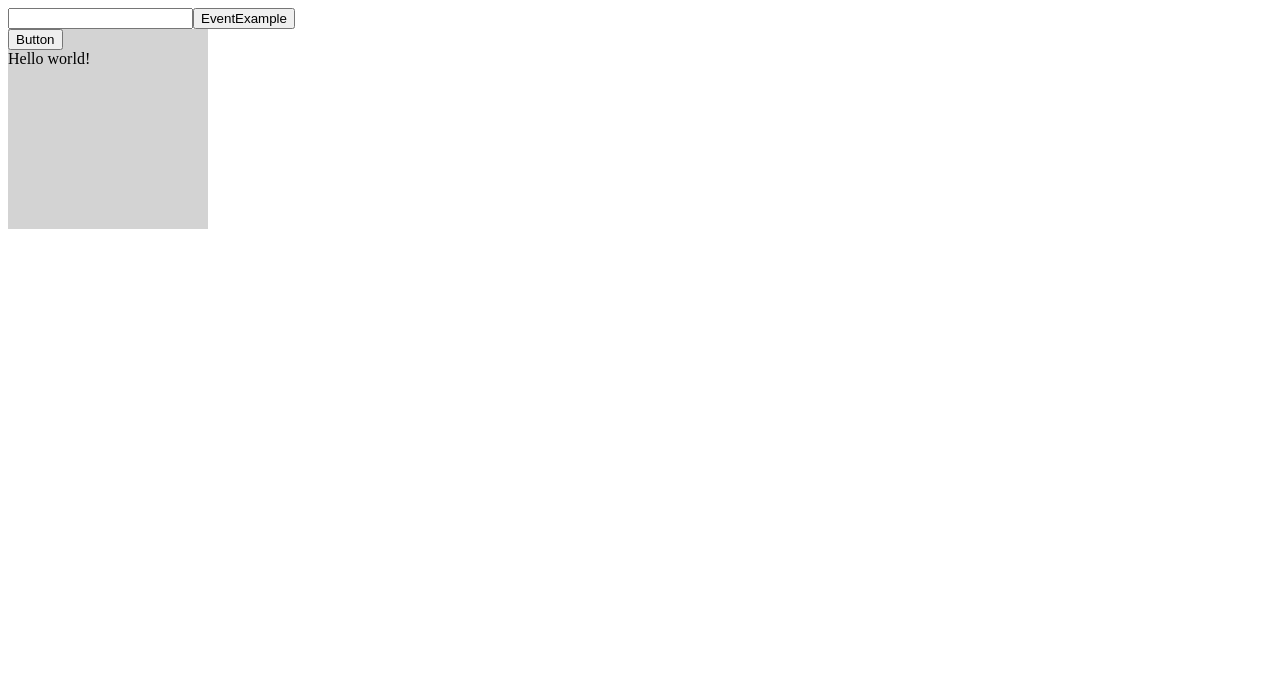
Repository: ezotop/react_ts_props-hook-router-event-req
Page: /
The author's editor kept a copy of each file at every save. The page is drawn from the files as they stood at one save, then again after the next save.
The browser window is 1280 px wide. The pictures show the whole page.
The page's requests for data from a server got no answer. The project was rebuilt for these pictures with package versions that can differ from the ones it lists, and the page was loaded fresh each time. No one was signed in, and anything a server would have sent is missing. Also part of the build but not shown: src/component/TodoItem.tsx, src/component/UserItem.tsx.

Above is the page before, as saved 2021-04-28 22:51:41.

After the next save:
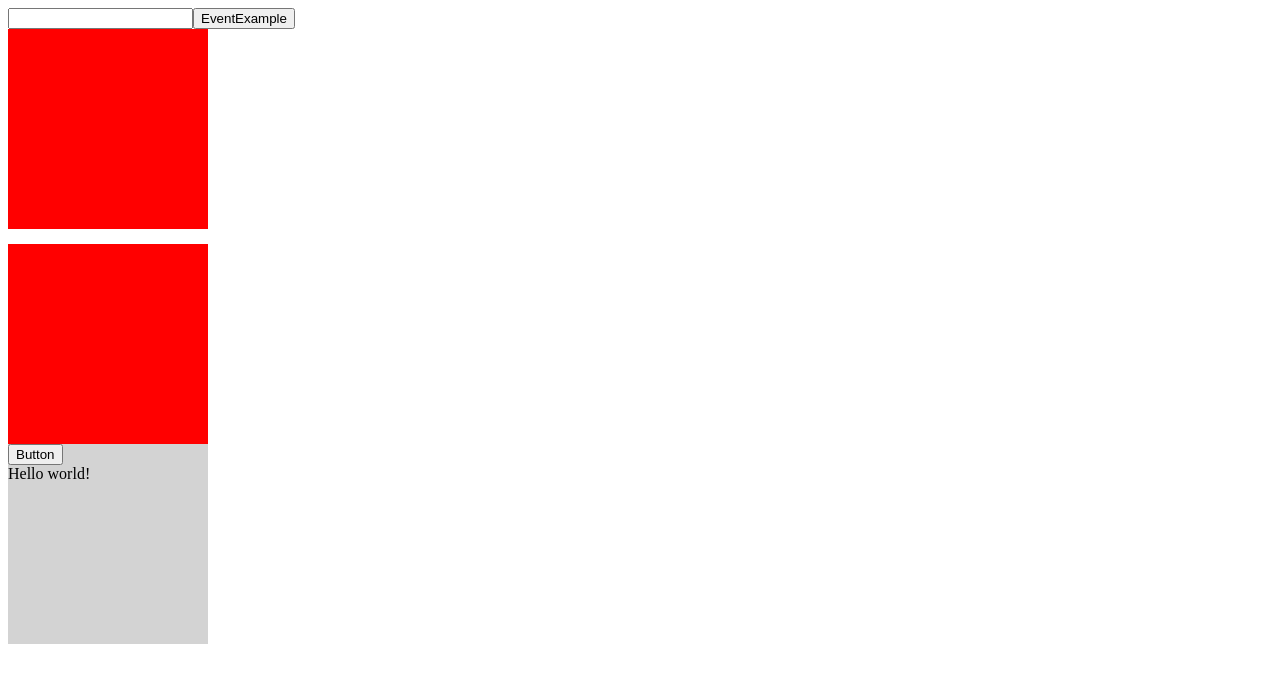
Saved 108 s later.
--- a/src/component/EventsExample.tsx
+++ b/src/component/EventsExample.tsx
@@ -17,6 +17,8 @@ const EventsExample: FC = () => {
         <div>
             <input type='text' value={value} onChange={changeHandler} />
             <button onClick={clickHandler}>EventExample</button>
+            <div style={{width: 200, height: 200, backgroundColor: 'red'}}></div>
+            <div style={{width: 200, height: 200, backgroundColor: 'red', marginTop: '15px'}}></div>
         </div>
     );
 };
